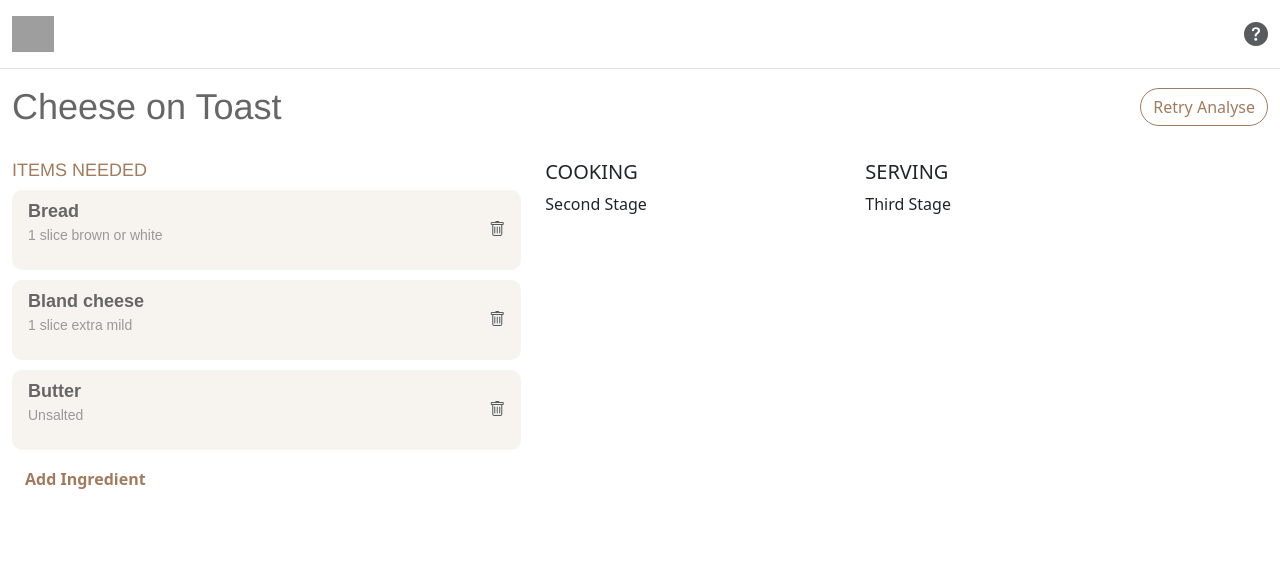
Repository: devashrisamani/SMC
Page: index.html
The author's editor kept a copy of each file at every save. The page is drawn from the files as they stood at one save, then again after the next save.
The browser window is 1280 px wide. The pictures show the whole page.
Pictures or frames that could not be fetched are drawn as grey boxes.

Above is the page before, as saved 2024-10-09 15:05:12.

After the next save:
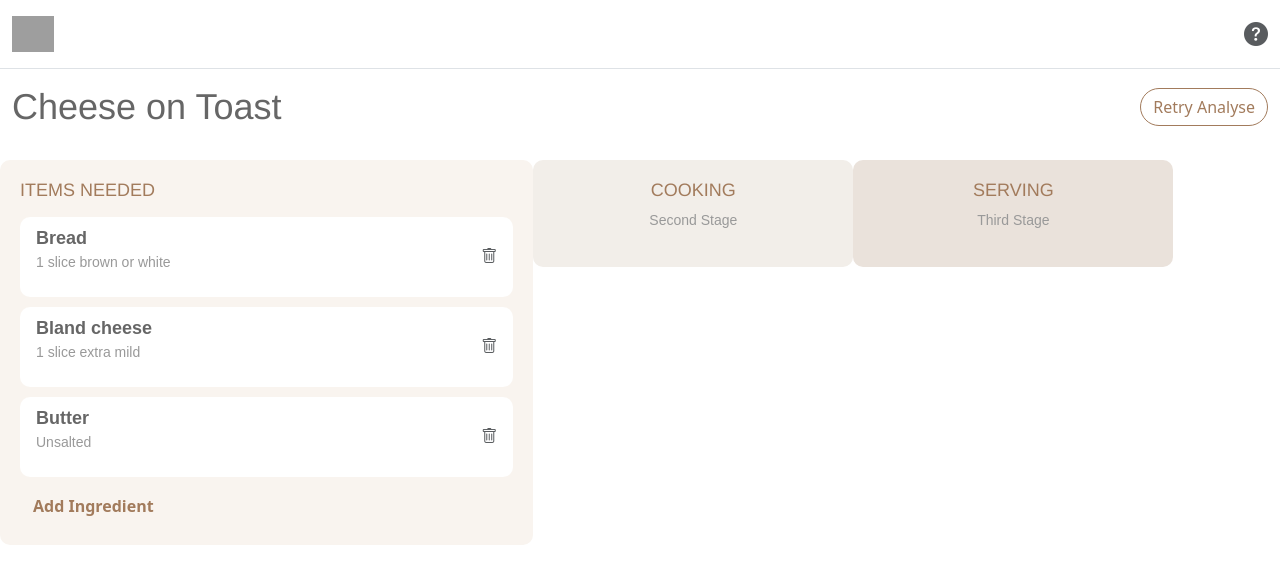
Saved 28 s later.
--- a/styles.css
+++ b/styles.css
@@ -31,17 +31,41 @@
   color: #fff;
 }
 
-/* Main Content Styling */
+/* Styling for the three rectangles */
+.rectangle {
+  background-color: #f7f3ef;
+  padding: 20px;
+  height: 100%;
+  border-radius: 10px;
+  margin-bottom: 10px;
+}
+
+.items-needed {
+  background-color: #f9f4ef;
+}
+
+.cooking {
+  background-color: #f2eee9;
+  text-align: center;
+}
+
+.serving {
+  background-color: #eae2db;
+  text-align: center;
+}
+
+/* Title and Text Styles */
 .items-title {
   font-family: "Calistoga-Regular", Helvetica, sans-serif;
   color: #a27b5c;
   font-size: 18px;
+  margin-bottom: 15px;
 }
 
 .ingredients-list .list-group-item {
   border: none;
   border-radius: 10px;
-  background-color: #f7f3ef;
+  background-color: #fff;
   margin-bottom: 10px;
   font-family: "DM Sans", sans-serif;
 }
@@ -62,24 +86,16 @@
   text-decoration: none;
 }
 
-.stage-section h5 {
+.cooking h5,
+.serving h5 {
   font-family: "Calistoga-Regular", Helvetica, sans-serif;
   font-size: 18px;
   color: #a27b5c;
-  margin-bottom: 5px;
 }
 
-.stage-section p {
+.cooking p,
+.serving p {
   font-family: "DM Sans", sans-serif;
   font-size: 14px;
   color: #999999;
 }
-
-.proceed-btn {
-  background-color: #a27b5c;
-  color: white;
-  border-radius: 30px;
-  padding: 10px 20px;
-  font-size: 18px;
-  font-family: "Calistoga-Regular", Helvetica, sans-serif;
-}
